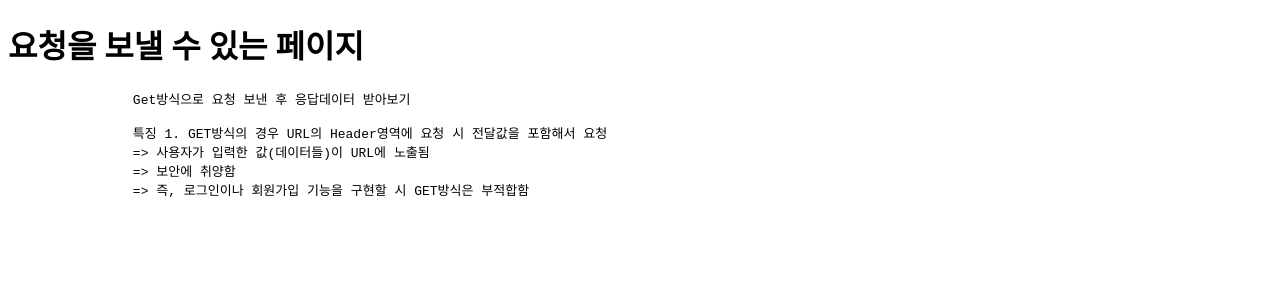
Repository: Simyoungdo04/dynamic-workspace
Page: FirstProject/src/main/webapp/views/request_get.html
These files come from the project's save history. The page is drawn as it stood at one moment and after the next save; the edit follows.
The browser window is 1280 px wide. The pictures show the whole page.

Above is the page before, as saved 2026-05-04 03:40:14.

After the next save:
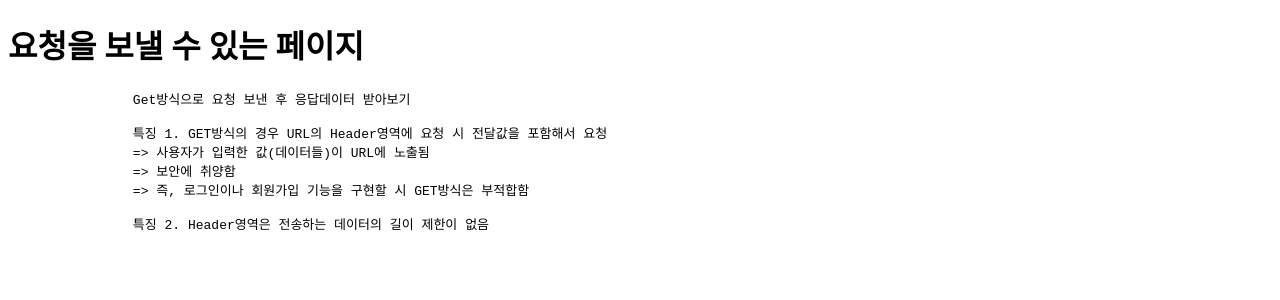
Saved 32 s later.
--- a/FirstProject/src/main/webapp/views/request_get.html
+++ b/FirstProject/src/main/webapp/views/request_get.html
@@ -15,6 +15,8 @@
 		=> 사용자가 입력한 값(데이터들)이 URL에 노출됨
 		=> 보안에 취양함
 		=> 즉, 로그인이나 회원가입 기능을 구현할 시 GET방식은 부적합함
+
+		특징 2. Header영역은 전송하는 데이터의 길이 제한이 없음
 	</pre>
 
 </body>
